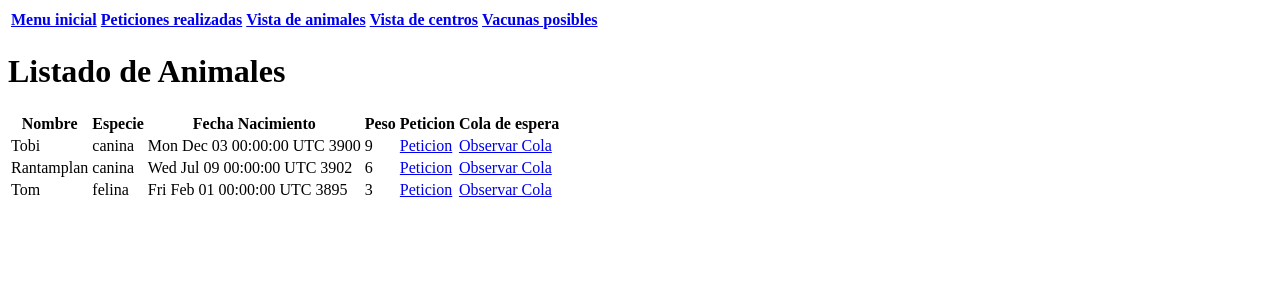
Repository: jorgesanchezfernandez/CodePortfolio
Page: http://localhost/Perrera/VistaAnimales.jsp
The author's editor kept a copy of each file at every save. The page is drawn from the files as they stood at one save, then again after the next save.
The browser window is 1280 px wide. The pictures show the whole page.
The page is served by Tomcat 9. Other server files are loaded and not shown.

Above is the page before, as saved 2006-05-05 19:09:10.

### Java & Javascript/Web/Perrera/WebContent/VistaAnimales.jsp
<?xml version="1.0" encoding="ISO-8859-1" ?>
<%@ page language="java" contentType="text/html; charset=ISO-8859-1"
    pageEncoding="ISO-8859-1" import="java.util.*,Perrera.*" %>
<!DOCTYPE html PUBLIC "-//W3C//DTD XHTML 1.0 Transitional//EN" "http://www.w3.org/TR/xhtml1/DTD/xhtml1-transitional.dtd">
<html xmlns="http://www.w3.org/1999/xhtml">
<head>
<meta http-equiv="Content-Type" content="text/html; charset=ISO-8859-1" />
<title>Insert title here</title>
</head>
<body>
<div>
	<jsp:include page="Menu.html"  />
</div>
	<h1>Listado de Animales </h1>
	<table>
		<tr>
			<th>
				Nombre
			</th>
			<th>
				Especie
			</th>
			<th>
				Fecha Nacimiento
			</th>
			<th>
				Peso
			</th>
			<th>
				Peticion
			</th>
			<th>
				Cola de espera
			</th>
		</tr>
<%
	List lista=AnimalStore.getInstance().getAnimales();
	Iterator it=lista.iterator();
	Animal animalIt=null;

	while(it.hasNext()){
		animalIt=(Animal) it.next();
%>
		<tr>
			<td>
				<%=animalIt.getNombre() %>
			</td>
			<td>
				<%=animalIt.getEspecie() %>
			</td>
			<td>
				<%=animalIt.getFechaNacimiento()%>
			</td>
			<td>
				<%=animalIt.getPeso()%>
			</td>
			<td>
				<a href="FrontController?respuesta=realizarPeticion.jsp?numSerie=<%=animalIt.getNumSerie()%>">Peticion</a>
			</td>
			<td>
				<a href="FrontController?respuesta=VisualizarCola.jsp?numSerie=<%=animalIt.getNumSerie()%>">Observar Cola</a>
			</td>
		</tr>
<%} %>
	</table>
</body>
</html>

### Java & Javascript/Web/Perrera/WebContent/Menu.html
<html>
<body>
	<table id="menu">
		<tr>
			<th>
				<a href="Main.jsp">Menu inicial</a>
			</th>
			<th>
				<a href="FrontController?respuesta=LineaPeticiones.jsp">Peticiones realizadas</a>
			</th>
			<th>
				<a href="FrontController?respuesta=VistaAnimales.jsp">Vista de animales</a>
			</th>
			<th>
				<a href="FrontController?respuesta=VistaCentros.jsp">Vista de centros</a>
			</th>
			<th>
				<a href="FrontController?respuesta=ListadoVacunas.jsp">Vacunas posibles</a>
			</th>
		</tr>
	</table>
</body>
</html>

### Java & Javascript/Web/Perrera/src/Perrera/AnimalStore.java
package Perrera;

import java.util.List;
import java.util.LinkedList;
import java.util.Iterator;
import java.util.Date;

public class AnimalStore{

	private static AnimalStore aniStore;
	private List animales;

	public static synchronized AnimalStore getInstance(){
		if(aniStore==null)
			aniStore = new AnimalStore();
		return aniStore;
	}

	public AnimalStore(){
		animales= new LinkedList();

		Animal a1=new Animal();
		a1.setNombre("Tobi");
		a1.setFechaNacimiento(new Date(2000,11,3));
		a1.setPeso(9);
		a1.setEspecie("canina");
		a1.setNumSerie("000A");
		a1.setVacunas(new LinkedList());
		a1.setPeticiones(new LinkedList());
		a1.setCentro(CentroStore.getInstance().getCentro("02"));
		CentroStore.getInstance().getCentro("02").getAnimales().add(a1);

		Animal a2=new Animal();
		a2.setNombre("Rantamplan");
		a2.setFechaNacimiento(new Date(2002,6,9));
		a2.setPeso(6);
		a2.setEspecie("canina");
		a2.setNumSerie("000B");
		a2.setVacunas(new LinkedList());
		a2.setPeticiones(new LinkedList());
		a2.setCentro(CentroStore.getInstance().getCentro("02"));
		CentroStore.getInstance().getCentro("02").getAnimales().add(a2);

		Animal a3=new Animal();
		a3.setNombre("Tom");
		a3.setFechaNacimiento(new Date(1995,1,1));
		a3.setPeso(3);
		a3.setEspecie("felina");
		a3.setNumSerie("000C");
		a3.setVacunas(new LinkedList());
		a3.setPeticiones(new LinkedList());
		a3.setCentro(CentroStore.getInstance().getCentro("01"));
		CentroStore.getInstance().getCentro("01").getAnimales().add(a3);

		//añadimos en la lista de animales.
		animales.add(a1);
		animales.add(a2);
		animales.add(a3);


	}

	public List getAnimales(){
		/*
		 * Nos devuelve la lista con todos los centros
		 */
		return animales;
	}

	public Animal getAnimal(String numSerie){
		Animal res=null;
		List lista=AnimalStore.getInstance().getAnimales();
		Iterator it=lista.iterator();
		Animal animalIt=null;

		while(it.hasNext() && res==null){
			animalIt=(Animal) it.next();
			if(animalIt.getNumSerie().compareTo(numSerie)==0){
				res=animalIt;
			}
		}
		return res;
	}
}

### Java & Javascript/Web/Perrera/src/Perrera/Animal.java
package Perrera;


import java.util.List;
import java.util.LinkedList;
import java.util.Iterator;
import java.util.ListIterator;
import java.lang.Comparable;
import java.util.Date;

public class Animal implements Comparable{
	private String nombre;
	private Date fechaNacimiento;
	private int peso;
	private String especie;
	private String numSerie;
	private Centro cent;
	private List vacunaciones;
	private List peticiones;

	public List getVacunas(){
		return vacunaciones;
	}

	public void setVacunas(List vac){
		vacunaciones=vac;
	}

	public void setCentro(Centro c){
		cent=c;
	}

	public Centro getCentro(){
		return cent;
	}

	public int compareTo(Object obj){
		Animal anim=(Animal) obj;
		int cmp=this.numSerie.compareTo(anim.getNumSerie());
		return cmp;
	}

	public Date getFechaNacimiento() {
		return fechaNacimiento;
	}
	public void setFechaNacimiento(Date fechaNacimiento) {
		this.fechaNacimiento = fechaNacimiento;
	}
	public String getNombre() {
		return nombre;
	}
	public void setNombre(String nombre) {
		this.nombre = nombre;
	}

	public String getNumSerie() {
		return numSerie;
	}
	public void setNumSerie(String numSerie) {
		this.numSerie = numSerie;
	}
	public int getPeso() {
		return peso;
	}
	public void setPeso(int peso) {
		this.peso = peso;
	}

	public List getPeticiones() {
		return peticiones;
	}

	public void setPeticiones(List peticiones) {
		this.peticiones = peticiones;
	}

	public void addPeticionUsuario(Usuario usu){
		if(peticiones==null)
			peticiones=new LinkedList();

		ListIterator it=peticiones.listIterator();
		ListIterator itBusqueda=peticiones.listIterator();
		Usuario usuIt=null;
		int pos=0;
		Ficha fic=null;
		boolean encontrado=false;
		boolean fin=false;
		// Primero realizamos una busqueda para ver si el usuario ha realizado la peticion

		while(itBusqueda.hasNext() && !encontrado){
			usuIt=(Usuario) itBusqueda.next();
			if(usuIt.getDni().compareTo(usu.getDni())==0){
				encontrado=true;
			}
		}

		usuIt=null;
		int contador=0;
		//Se añade en el lugar oportuno, poniendo en orden los usuarios por puntos.
		while(it.hasNext() && !fin && !encontrado){
			usuIt=(Usuario)it.next();
			fic=usuIt.getFichaUsuario();
			if(fic.getPuntos()<usu.getFichaUsuario().getPuntos()){
				pos=contador;
			}else{
				fin=true;
			}
			contador++;
		}

		if(!encontrado)
			peticiones.add(pos,usu);

	}

	public void removePeticionUsuario(Usuario usuario){
		peticiones.remove(usuario);
	}

	public String getEspecie() {
		return especie;
	}

	public void setEspecie(String especie) {
		this.especie = especie;
	}

}

### Java & Javascript/Web/Perrera/src/Perrera/CentroStore.java
package Perrera;
/**
 * Clase encargada de administrar los centro. Utiliza el PD Singleton.
 * Tiene 2 posibles funcionalidades, un listado y una busqueda.
 */

import java.util.Date;
import java.util.List;
import java.util.LinkedList;
import java.util.Iterator;


public class CentroStore{

	private static CentroStore adCentro;
	private List centros;		//lista de centros
	private List animales;		//lista de animales

	public static synchronized CentroStore getInstance(){
		if(adCentro==null)
			adCentro= new CentroStore();
		return adCentro;
	}

	public CentroStore(){
		/*
		 *	Constructor de la clase, crea dos centros por defecto
		 */
		centros = new LinkedList();

		Centro c1=new Centro();
		c1.setCentroID("01");
		c1.setNombre("El Animal Feliz");
		c1.setDescripcion("Centro Dedicado a la adopcion de todo tipo de animales");
		c1.setCodigoPostal(41013);
		c1.setDireccion("C/Arboleda Nº21");
		c1.setPoblacion("Sevilla");
		c1.setProvincia("Sevilla");
		c1.setTelefono("555678213");
		c1.setAnimales(new LinkedList());

		Centro c2=new Centro();
		c2.setCentroID("02");
		c2.setNombre("El pequeño piolin");
		c2.setDescripcion("Centro Dedicado a la adopcion de canarios");
		c2.setCodigoPostal(41003);
		c2.setDireccion("C/Arboleda Nº28");
		c2.setPoblacion("Mairena");
		c2.setProvincia("Sevilla");
		c2.setTelefono("555329837");
		c2.setAnimales(new LinkedList());

		centros.add(c1);
		centros.add(c2);
	}

	public List getCentros(){
		/*
		 * Nos devuelve la lista con todos los centros
		 */
		return centros;
	}

	public Centro getCentro(String nomCentro)throws IndexOutOfBoundsException{
		/*
		 * Nos realiza una busqueda por nombre de centro	==> Nota, podemos utilizar metodo plantilla?
		 */
		Centro result = null;
		Iterator iter = centros.iterator();
		while(iter.hasNext() && result==null) {
			Centro cen = (Centro) iter.next();
			if (cen.getCentroID().equals(nomCentro))
				result = cen;
		}
		if(result==null)
			throw new IndexOutOfBoundsException("Centro no disponible");
		return result;
	}

	public List getAnimales(){
		/*
		 * Nos devuelve la lista con todos los centros
		 */
		return animales;
	}
}

### Java & Javascript/Web/Perrera/src/Perrera/Centro.java
package Perrera;
/**
 * Clase encargada de controlar los centros.
 */


import java.util.List;
import java.util.LinkedList;
import java.util.Iterator;

public class Centro {

	private String centroID;
	private String Nombre;
	private String Descripcion;
	private String Telefono;
	private String Direccion;
	private String Poblacion;
	private String Provincia;
	private List Animales;
	private int CodigoPostal;

	public List getAnimales(){
		//Devuelve la lista de animales del centro
		return Animales;
	}

	public int getCodigoPostal() {
		return CodigoPostal;
	}
	public void setCodigoPostal(int codigoPostal) throws IndexOutOfBoundsException{
		String cd=Integer.toString(codigoPostal);
		if(cd.length()==5)
			CodigoPostal = codigoPostal;
		else
			throw new IndexOutOfBoundsException("El codigo postal posee mas de 5 caracteres");
	}
	public String getDescripcion() {
		return Descripcion;
	}
	public void setDescripcion(String descripcion) {
		Descripcion = descripcion;
	}
	public String getDireccion() {
		return Direccion;
	}
	public void setDireccion(String direccion) {
		Direccion = direccion;
	}
	public String getNombre() {
		return Nombre;
	}
	public void setNombre(String nombre) {
		Nombre = nombre;
	}
	public String getPoblacion() {
		return Poblacion;
	}
	public void setPoblacion(String poblacion) {
		Poblacion = poblacion;
	}
	public String getProvincia() {
		return Provincia;
	}
	public void setProvincia(String provincia) {
		Provincia = provincia;
	}
	public String getTelefono() {
		return Telefono;
	}
	public void setTelefono(String telefono) throws IndexOutOfBoundsException{
		if (telefono.length()==9)
			Telefono = telefono;
		else
			throw new IndexOutOfBoundsException("Numero de digitos de telefono incorrecto");
	}

	public String getCentroID() {
		return centroID;
	}

	public void setCentroID(String centroID) {
		this.centroID = centroID;
	}

	public void setAnimales(List animales) {
		Animales = animales;
	}

}

After the next save:
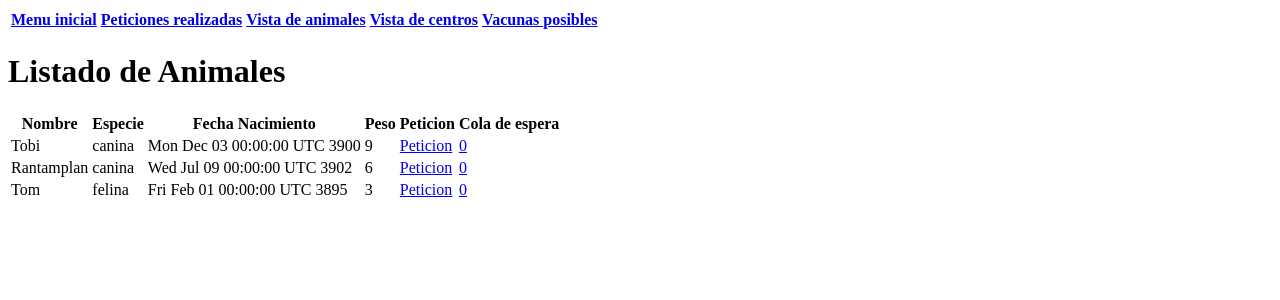
Saved 97 s later.
--- a/Java & Javascript/Web/Perrera/WebContent/VistaAnimales.jsp
+++ b/Java & Javascript/Web/Perrera/WebContent/VistaAnimales.jsp
@@ -58,7 +58,7 @@
 				<a href="FrontController?respuesta=realizarPeticion.jsp?numSerie=<%=animalIt.getNumSerie()%>">Peticion</a>
 			</td>
 			<td>
-				<a href="FrontController?respuesta=VisualizarCola.jsp?numSerie=<%=animalIt.getNumSerie()%>">Observar Cola</a>
+				<a href="FrontController?respuesta=VisualizarCola.jsp?numSerie=<%=animalIt.getNumSerie()%>"><%=animalIt.getPeticiones().size() %></a>
 			</td>
 		</tr>
 <%} %>
